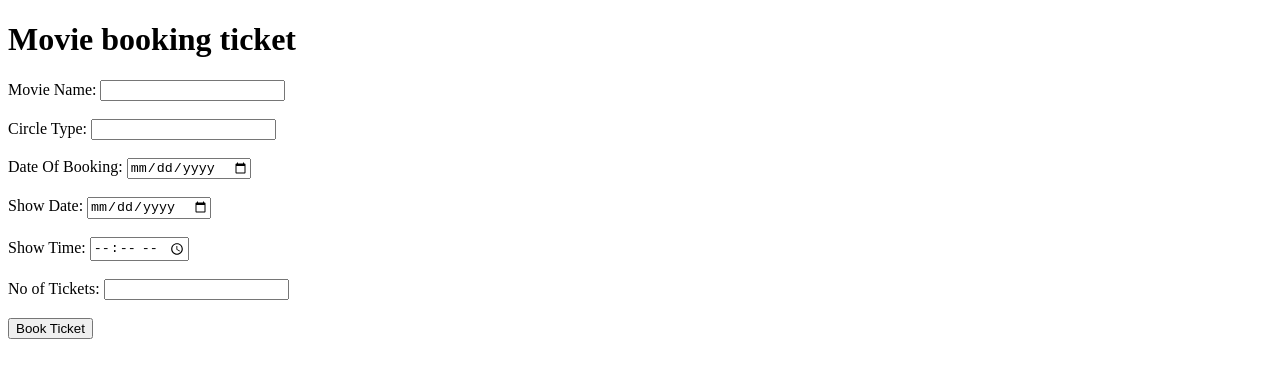
Repository: karthi-koundinya/SpringBootActivity
Page: http://localhost/movieapp/WEB-INF/jsp/bookticket.jsp
The author's editor kept a copy of each file at every save. The page is drawn from the files as they stood at one save, then again after the next save.
The browser window is 1280 px wide. The pictures show the whole page.
The page is served by Tomcat 9. Nobody is signed in. Other server files are loaded and not shown. The template is opened directly, without the code that normally fills it, so the values that code supplies are empty.

Above is the page before, as saved 2021-12-01 08:48:45.

### movieapp/src/main/webapp/WEB-INF/jsp/bookticket.jsp
<%@ page language="java" contentType="text/html; charset=ISO-8859-1"
    pageEncoding="ISO-8859-1"%>
<!DOCTYPE html>
<html>
<head>
<meta charset="ISO-8859-1">
<title>Insert title here</title>
</head>
<body>
<h1>Movie booking ticket</h1>
<form action="bookingticket" method="post">
Movie Name: <input type="text" name="mname"><br><br>
Circle Type: <input type="text" name="cname"><br><br>
Date Of Booking: <input type="date" name="dateofbooking"><br><br>
Show Date: <input type="date" name="showdate" placeholder="yyyy-mm-dd"><br><br>
Show Time: <input type="time" name="showtime"><br><br>
No of Tickets: <input type="number" name="noofticket"><br><br>
<input type="submit" value="Book Ticket">
</form>
</body>
</html>

After the next save:
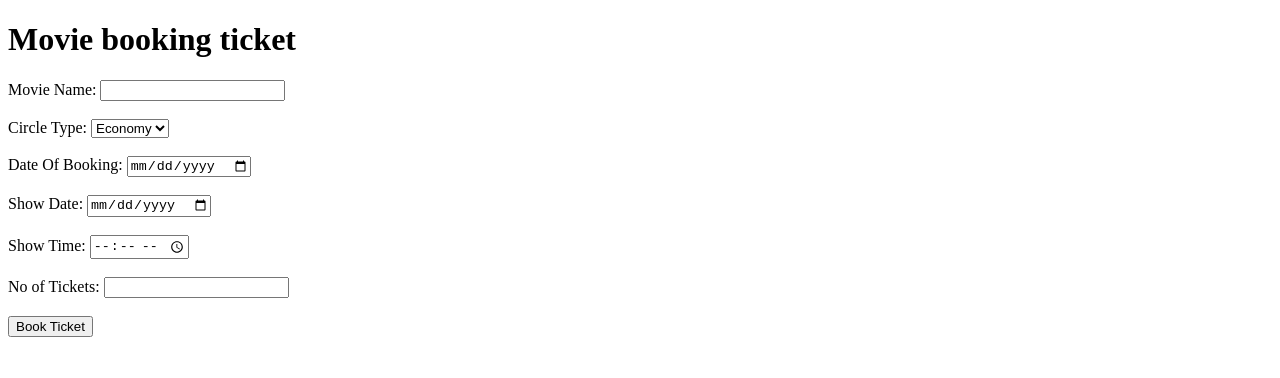
Saved 118 s later.
--- a/movieapp/src/main/webapp/WEB-INF/jsp/bookticket.jsp
+++ b/movieapp/src/main/webapp/WEB-INF/jsp/bookticket.jsp
@@ -10,7 +10,10 @@
 <h1>Movie booking ticket</h1>
 <form action="bookingticket" method="post">
 Movie Name: <input type="text" name="mname"><br><br>
-Circle Type: <input type="text" name="cname"><br><br>
+Circle Type: <select name="ctype">
+<option value="Economy">Economy</option>
+<option value="Platinum">Platinum</option>
+</select><br><br>
 Date Of Booking: <input type="date" name="dateofbooking"><br><br>
 Show Date: <input type="date" name="showdate" placeholder="yyyy-mm-dd"><br><br>
 Show Time: <input type="time" name="showtime"><br><br>
